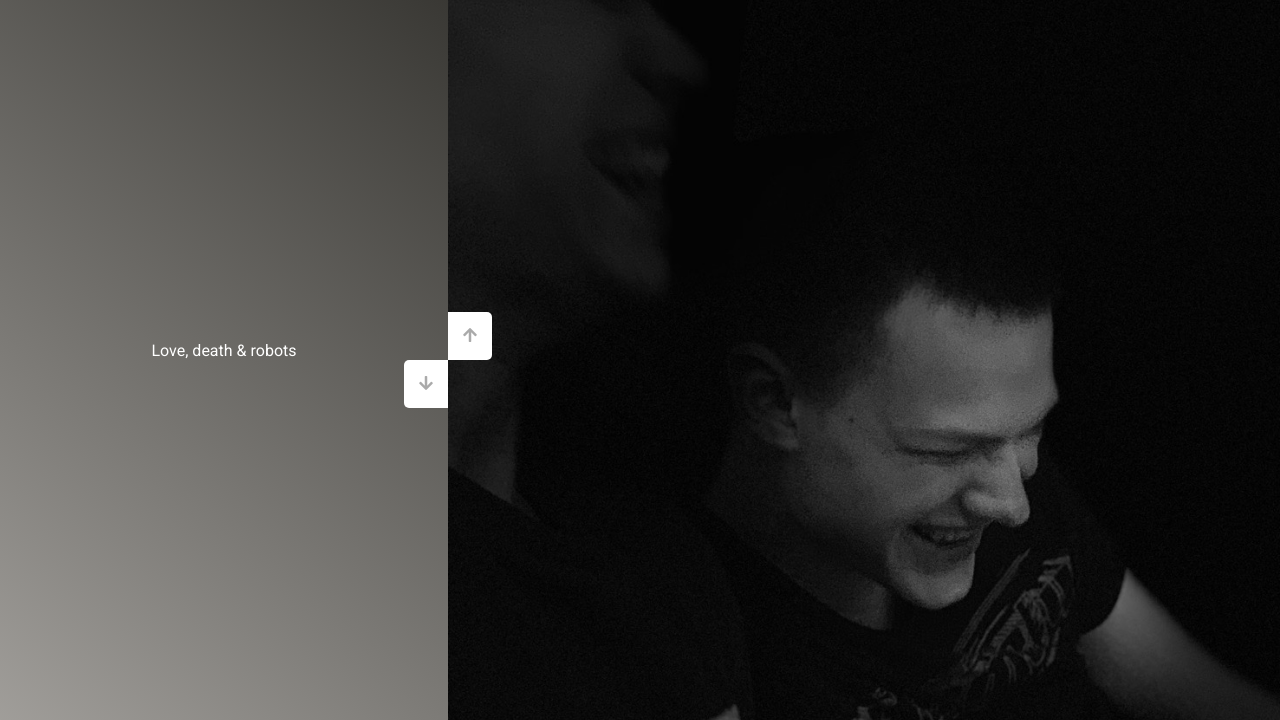
Repository: MorgunovaAlexandra/slider2
Page: index.html
The author's editor kept a copy of each file at every save. The page is drawn from the files as they stood at one save, then again after the next save.
The browser window is 1280 px wide. The pictures show the whole page.
Pictures or frames that could not be fetched are drawn as grey boxes.

Above is the page before, as saved 2022-06-29 18:38:46.

After the next save:
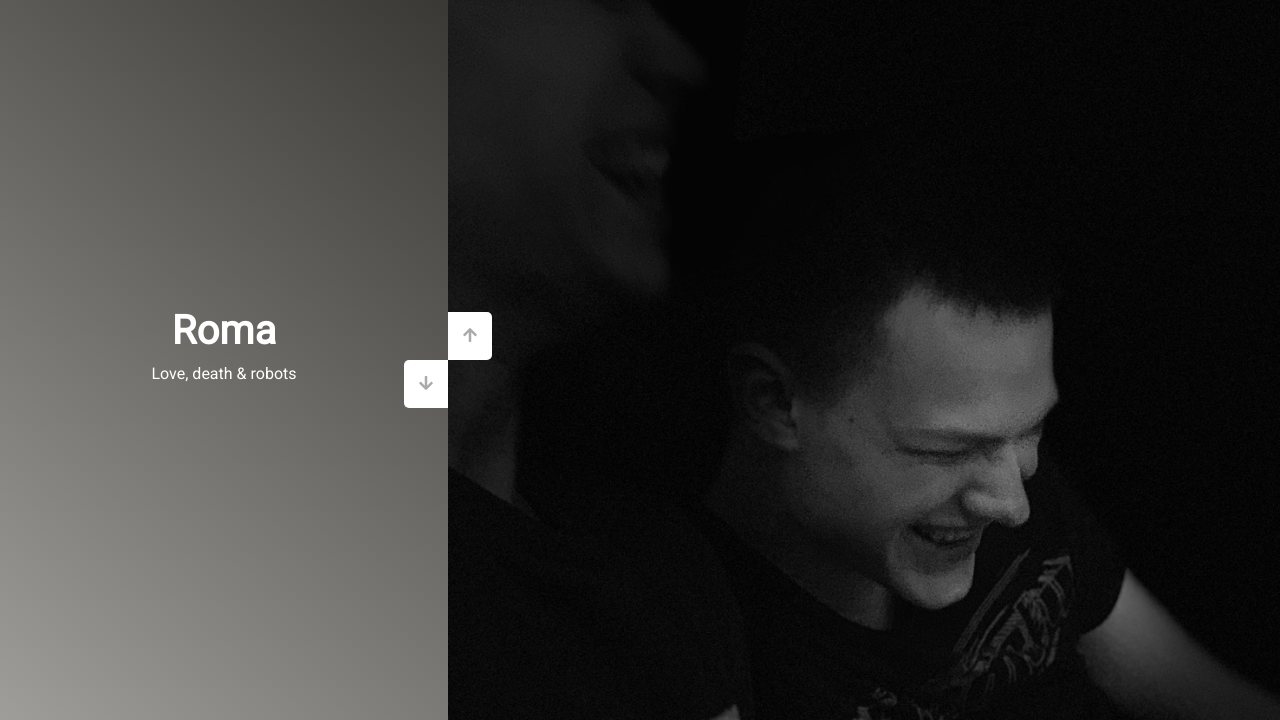
Saved 5 s later.
--- a/index.html
+++ b/index.html
@@ -26,7 +26,7 @@
           <p>Love, death & robots</p>
         </div>
         <div style="background: linear-gradient(220.16deg, #31302c -8%, #c7c4c0 138%);">
-          <h1></h1>
+          <h1>Roma </h1>
           <p>Love, death & robots</p>
         </div>
       </div>
